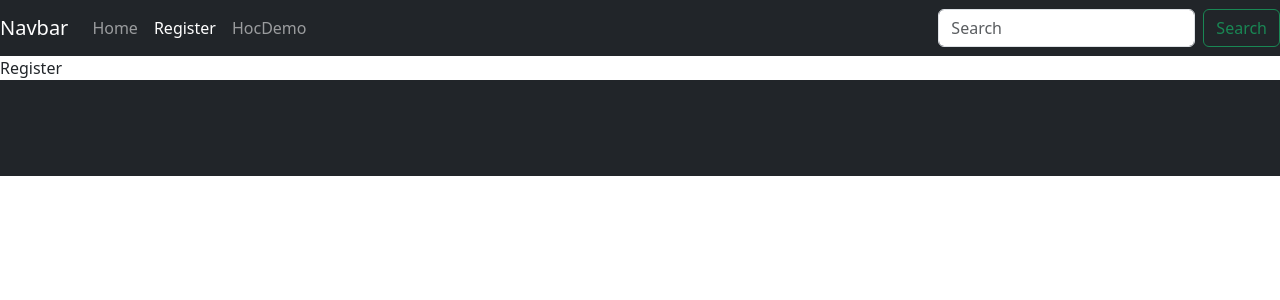
Repository: KhoiNguyen77/react-capstone
Page: /register
An editor plug-in stored every save of this project. The page is shown before and after the next save, followed by the edit.
The browser window is 1280 px wide. The pictures show the whole page.
The project was rebuilt for these pictures with package versions that can differ from the ones it lists, and the page was loaded fresh each time.

Above is the page before, as saved 2023-06-15 11:43:55.

After the next save:
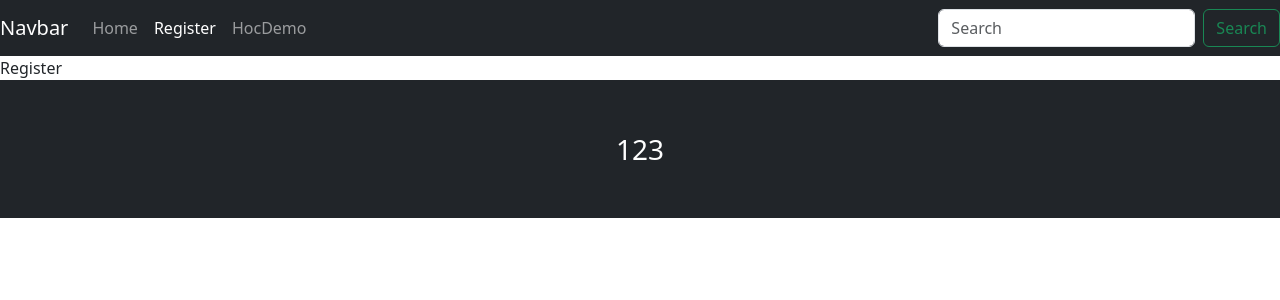
Saved 4 s later.
--- a/src/Template/HomeTemplate.jsx
+++ b/src/Template/HomeTemplate.jsx
@@ -15,7 +15,7 @@
             <Outlet></Outlet>
         </div>
         <footer className='fs-3 text-center text-white p-5 bg-dark vh-20'>
-
+123
         </footer>
     </div>
 }
